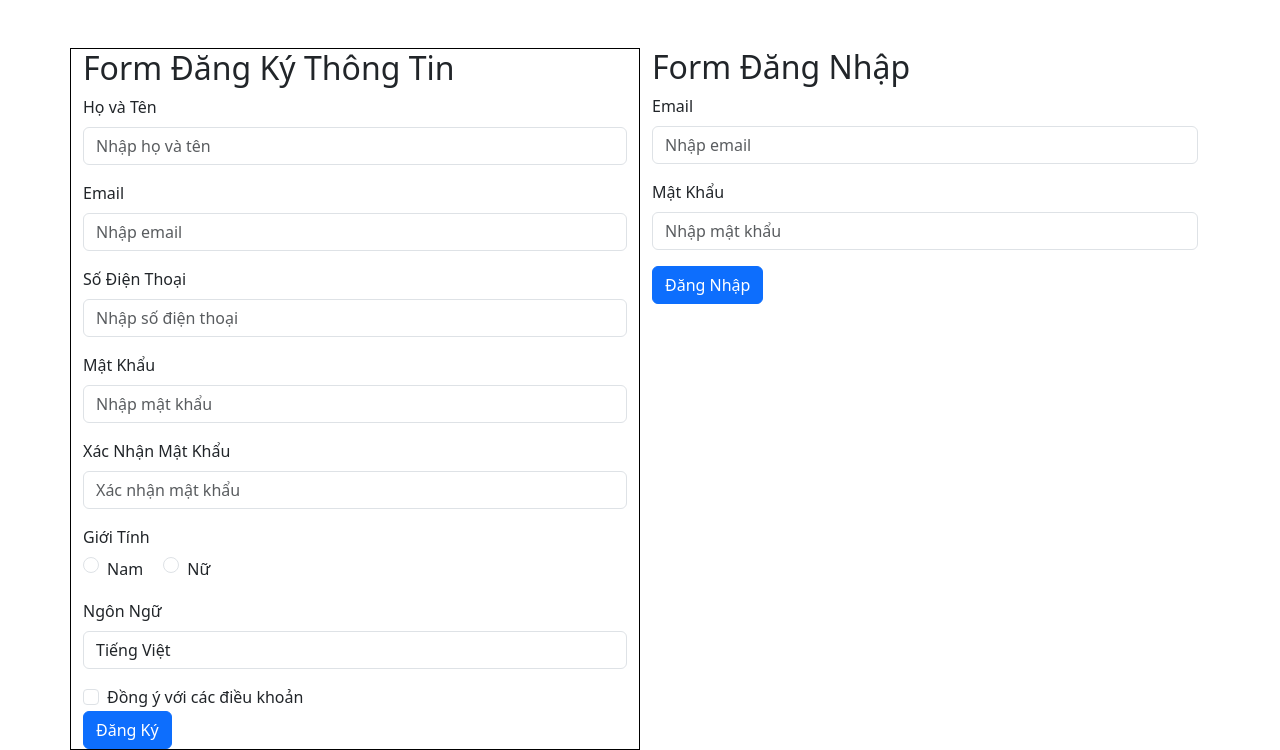
Repository: KizukoHeiwa/SOF308
Page: Lab2/bai2.html
The author's editor kept a copy of each file at every save. The page is drawn from the files as they stood at one save, then again after a run of saves.
The browser window is 1280 px wide. The pictures show the whole page.

Above is the page before, as saved 2024-11-07 10:14:34.

After the next 2 saves:
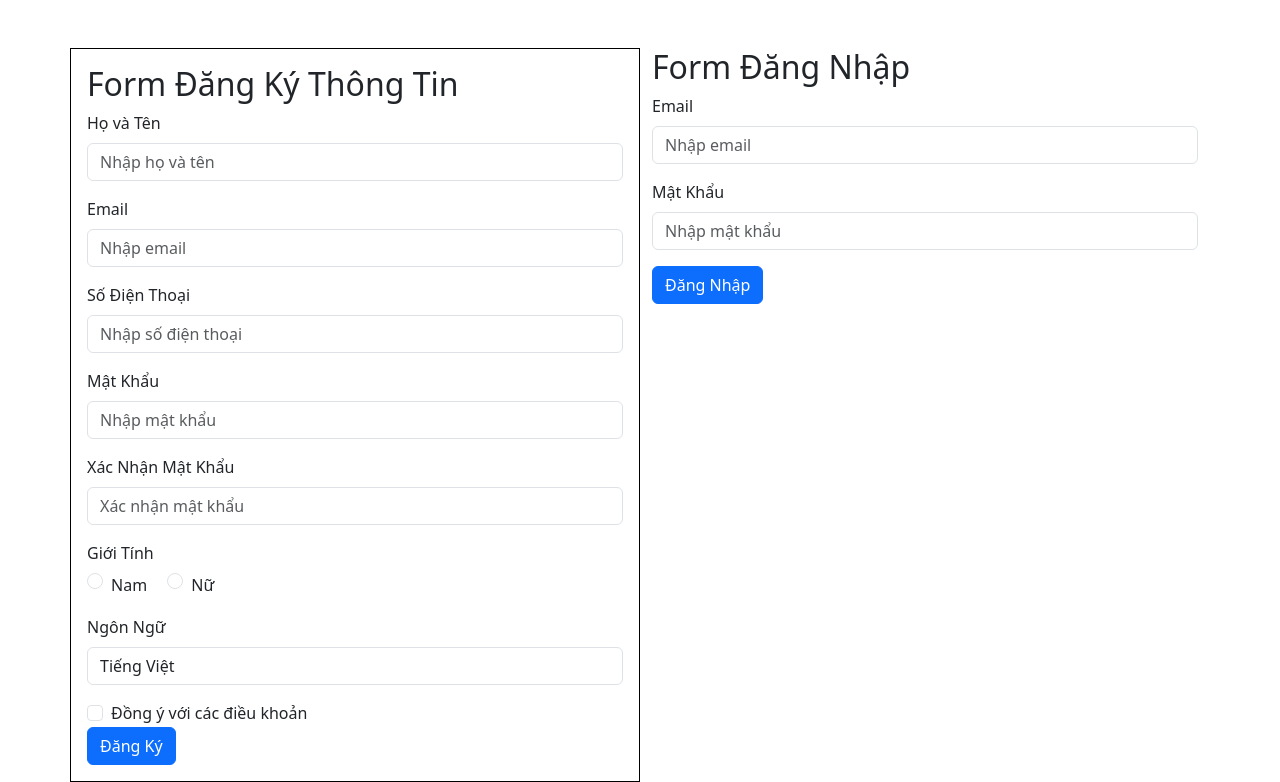
The 2 saves are shown as one change because they came seconds apart.
The last was saved 9 s later.
--- a/Lab2/bai2.html
+++ b/Lab2/bai2.html
@@ -15,7 +15,7 @@
     <div class="container mt-5">
         <div class="row">
             <!-- Đăng ký -->
-            <div class="col-md-6 border border-black">
+            <div class="col-md-6 border border-black p-3">
                 <h2>Form Đăng Ký Thông Tin</h2>
                 <form>
                     <div class="form-group">
